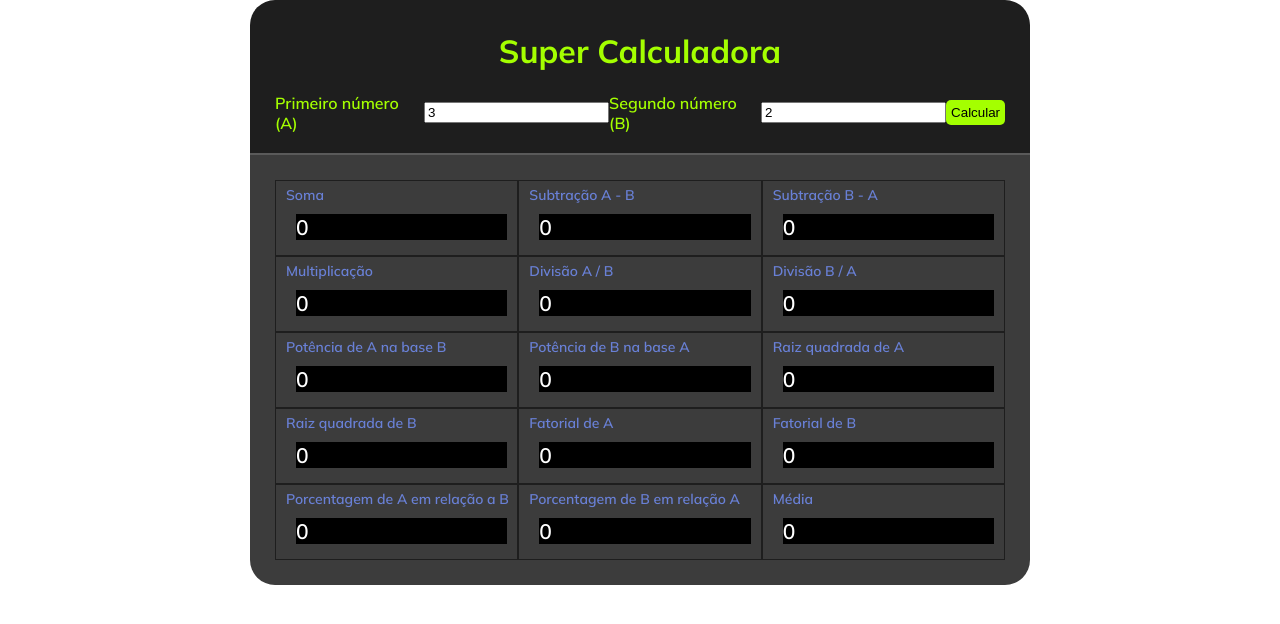
Repository: rrresck/supercalc-xpe
Page: index.html
An editor plug-in stored every save of this project. The page is shown before and after the next save, followed by the edit.
The browser window is 1280 px wide. The pictures show the whole page.

Above is the page before, as saved 2023-02-10 21:13:44.

### index.html
<!DOCTYPE html>
<html lang="en">
<head>
    <meta charset="UTF-8">
    <meta http-equiv="X-UA-Compatible" content="IE=edge">
    <meta name="viewport" content="width=device-width, initial-scale=1.0">
    <link rel="preconnect" href="https://fonts.googleapis.com">
    <link rel="preconnect" href="https://fonts.gstatic.com" crossorigin>
    <link href="https://fonts.googleapis.com/css2?family=Mulish:wght@600;700;800&display=swap" rel="stylesheet">
    <title>Super Calculadora - Projeto 2 - XP Educação</title>
    <link rel="stylesheet" href="styles.css">
    </head>
<body>
    <header>
        <h1>Super Calculadora</h1>
        <div class="flex inputNumbers">
            <label for="firstNumber">Primeiro número (A)</label>
            <input type="number" name="firstNumber" id="firstNumber" value="3">
            <label for="secondNumber">Segundo número (B)</label>
            <input type="number" name="secondNumber" id="secondNumber" value="2">
            <button id="calculateButton"> Calcular </button>
        </div>
    </header>
    <main>
        <div class="flex">
            <div class="calculus">
                <p id="sumLabel">Soma</p>
                <p class="result" id="sum"></p>
            </div>
            <div class="calculus">
                <p id="subtractALabel">Subtração A - B</p>
                <p class="result" id="subtractA"></p>
            </div>
            <div class="calculus">
                <p id="subtractBLabel">Subtração B - A</p>
                <p class="result" id="subtractB"></p>
            </div>
        </div>
        <div class="flex">
            <div class="calculus">
                <p id="multiplicationLabel">Multiplicação</p>
                <p class="result" id="multiplication"></p>
            </div>
            <div class="calculus">
                <p id="divisionALabel">Divisão A / B</p>
                <p class="result" id="divisionA"></p>
            </div>
            <div class="calculus">
                <p id="divisionBLabel">Divisão B / A</p>
                <p class="result" id="divisionB"></p>
            </div>
        </div>
        <div class="flex">
            <div class="calculus">
                <p id="powerALabel">Potência de A na base B</p>
                <p class="result" id="powerA"></p>
            </div>
            <div class="calculus">
                <p id="powerBLabel">Potência de B na base A</p>
                <p class="result" id="powerB"></p>
            </div>
            <div class="calculus">
                <p id="squareALabel">Raiz quadrada de A</p>
                <p class="result" id="squareA"></p>
            </div>
        </div>
        <div class="flex">
            <div class="calculus">
                <p id="squareBLabel">Raiz quadrada de B</p>
                <p class="result" id="squareB"></p>
            </div>
            <div class="calculus">
                <p id="factorialALabel">Fatorial de A</p>
                <p class="result" id="factorialA"></p>
            </div>
            <div class="calculus">
                <p id="factorialBLabel">Fatorial de B</p>
                <p class="result" id="factorialB"></p>
            </div>
        </div>
        <div class="flex">
            <div class="calculus">
                <p id="percentageALabel">Porcentagem de A em relação a B</p>
                <p class="result" id="percentageA"></p>
            </div>
            <div class="calculus">
                <p id="percentageBLabel">Porcentagem de B em relação A</p>
                <p class="result" id="percentageB"></p>
            </div>
            <div class="calculus">
                <p id="averageLabel">Média</p>
                <p class="result" id="average"></p>
            </div>
        </div>
    </main>

    <script src="app.js"></script>
</body>
</html>

### styles.css
body {
    max-width: 780px;
    margin: auto;
    border-radius: 25px;
    font-family: 'Mulish', sans-serif;
}

header {
    background-color: rgb(30, 30, 30);
    padding: 10px 25px 20px;
    border-top-left-radius: 25px;
    border-top-right-radius: 25px;
    border-bottom: 2px solid rgb(90, 90, 90);
}

.inputNumbers {
    display: flex;
    align-items: center;

}

main {
    background-color: rgb(60, 60, 60);
    padding: 25px;
    border-bottom-left-radius: 25px;
    border-bottom-right-radius: 25px;
    display: flex;
    flex-direction: column;
    justify-content: center;
}

h1 {
    text-align: center;
    color: #a4ff00;
}

label {
    color: #a4ff00;
}

p {
    color: #6980d6;
    margin: 0;
}

#calculateButton {
    background-color: #a4ff00;
    padding: 5px;
    border: none;
    border-radius: 5px;
}

.flex {
    display: flex;
    flex-flow: row nowrap;
    justify-content: space-between;
    align-items: center;
}

.calculus {
    width: 320px;
    border: 1px solid rgb(30, 30, 30);
    padding: 5px 0 5px 10px;
    font-size: 14px;
    text-align: justify;
}

.result {
    margin: 10px;
    color: white;
    font-size: 1.5em;
    background-color: black;
}

### app.js
let sumRes = document.getElementById("sum");
let subtractARes = document.getElementById("subtractA");
let subtractBRes = document.getElementById("subtractB");
let multiplicationRes = document.getElementById("multiplication");
let divisionARes = document.getElementById("divisionA");
let divisionBRes = document.getElementById("divisionB");
let powerARes = document.getElementById("powerA");
let powerBRes = document.getElementById("powerB");
let squareARes = document.getElementById("squareA");
let squareBRes = document.getElementById("squareB");
let factorialARes = document.getElementById("factorialA");
let factorialBRes = document.getElementById("factorialB");
let percentageARes = document.getElementById("percentageA");
let percentageBRes = document.getElementById("percentageB");
let averageRes = document.getElementById("average");

sumRes.innerHTML = 0;
subtractARes.innerHTML = 0;
subtractBRes.innerHTML = 0;
multiplicationRes.innerHTML = 0;
divisionARes.innerHTML = 0;
divisionBRes.innerHTML = 0;
powerARes.innerHTML = 0;
powerBRes.innerHTML = 0;
squareARes.innerHTML = 0;
squareBRes.innerHTML = 0;
factorialARes.innerHTML = 0;
factorialBRes.innerHTML = 0;
percentageARes.innerHTML = 0;
percentageBRes.innerHTML = 0;
averageRes.innerHTML = 0;

const sum = (a, b) => {
    sumRes.innerHTML = a + b;
}

const subtraction = (a, b) => {
    subtractARes.innerHTML = a - b;
    subtractBRes.innerHTML = b - a;
}

const multiplication = (a, b) => {
    multiplicationRes.innerHTML = a * b;
}

const division = (a, b) => {
    divisionARes.innerHTML = (a / b).toFixed(2);
    divisionBRes.innerHTML = (b / a).toFixed(2);
}

const power = (a, b) => {
    powerARes.innerHTML = Math.pow(a, b);
    powerBRes.innerHTML = Math.pow(b, a);
}

const squareRoot = (a, b) => {
    squareARes.innerHTML = Math.sqrt(a).toFixed(2);
    squareBRes.innerHTML = Math.sqrt(b).toFixed(2);
}

const factorial = (a, b) => {
    if (a < 19) {
        let factorialAvalue = 1;

        for (var i = a; i > 1; i--) {
            factorialAvalue *= i;
            console.log('factorialAvalue', factorialAvalue)
        }
        factorialARes.innerHTML = factorialAvalue;
    } else {
        factorialARes = 'Valor MUITO grande';
    };

    if (b < 19) {
        let factorialBvalue = 1;

        for (var i = b; i > 1; i--) {
            factorialBvalue *= i;
            console.log('factorialBvalue', factorialBvalue)
        }
        factorialBRes.innerHTML = factorialBvalue;
    } else {
        factorialBRes = 'Valor MUITO grande';
    };
}

const percentage = (a, b) => {
    percentageARes.innerHTML = ((b * 100)/a).toFixed(0) +'%';
    percentageBRes.innerHTML = ((a * 100)/b).toFixed(0) +'%';
}

const average = (a, b) => {
    averageRes.innerHTML = (a + b)/2;
}

let button = document.getElementById("calculateButton")

button.onclick = calculate = () => {
    let aInput = document.getElementById("firstNumber").value;
    let bInput = document.getElementById("secondNumber").value;

    let a = parseInt(aInput);
    let b = parseInt(bInput);

    sum(a, b);
    subtraction(a, b);
    multiplication(a, b);
    division(a, b);
    power(a, b);
    squareRoot(a, b);
    factorial(a, b);
    percentage(a, b);
    average(a, b);
}

After the next save:
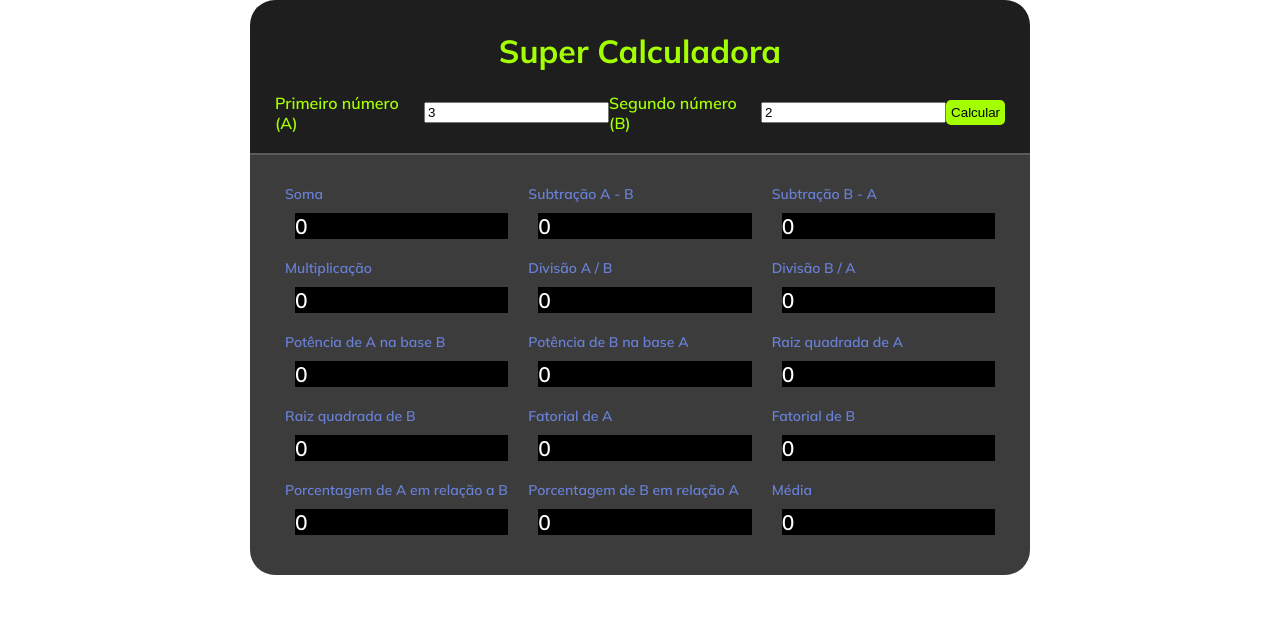
Saved 69 s later.
--- a/styles.css
+++ b/styles.css
@@ -59,7 +59,7 @@ p {
 
 .calculus {
     width: 320px;
-    border: 1px solid rgb(30, 30, 30);
+    border: 1px 1px 1px 1px solid rgb(30, 30, 30);
     padding: 5px 0 5px 10px;
     font-size: 14px;
     text-align: justify;
